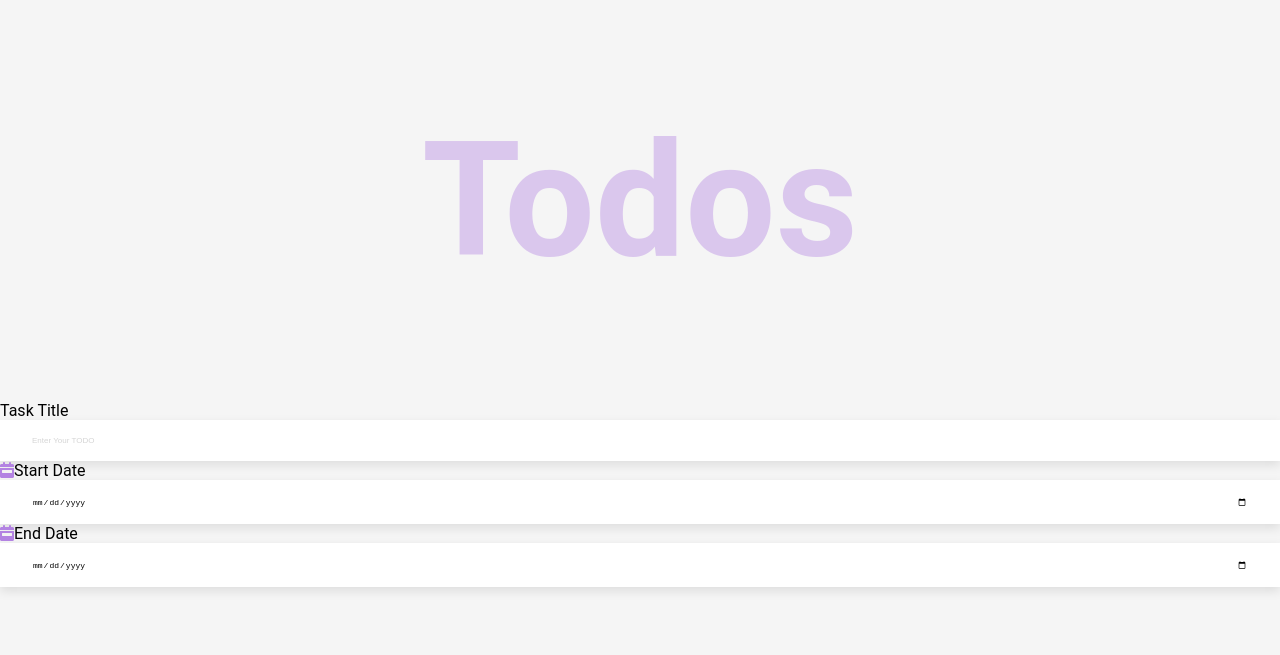
Repository: Surahailat/TypeScript
Page: Mini project 10-3/Project-TS.html
These files come from the project's save history. The page is drawn as it stood at one moment and after a run of saves; the edit follows.
The browser window is 1280 px wide. The pictures show the whole page.

Above is the page before, as saved 2025-03-10 12:48:34.

After the next 2 saves:
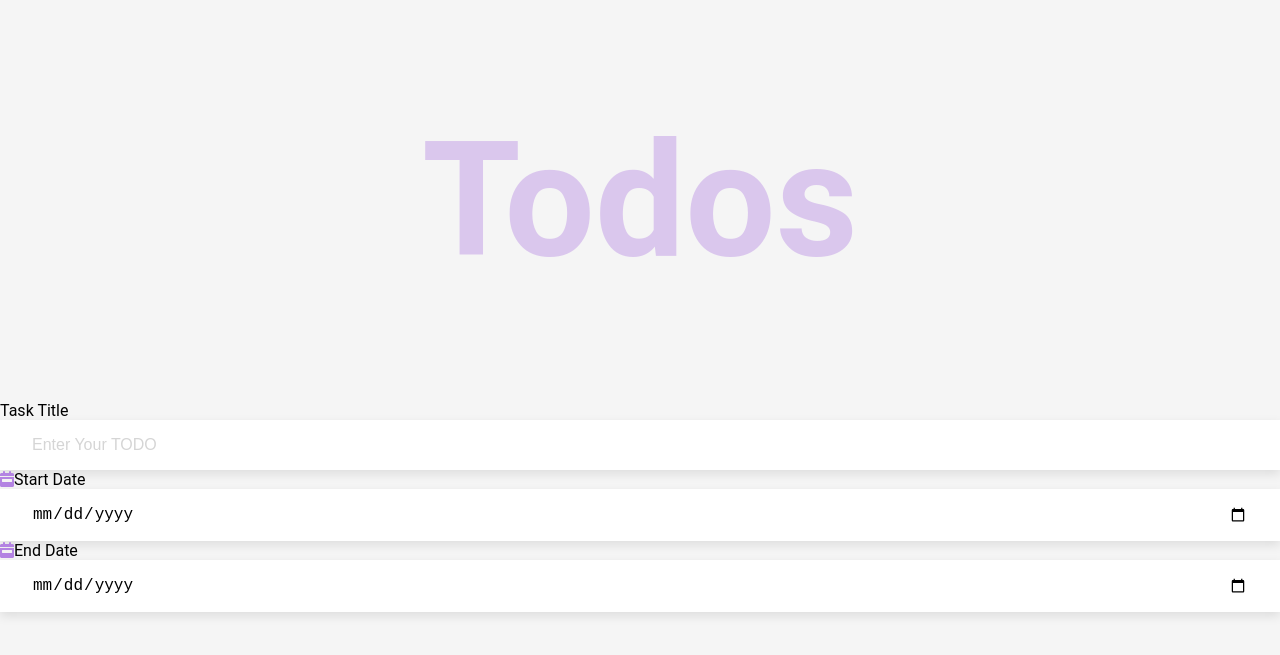
The 2 saves are shown as one change because they came seconds apart.
The last was saved 6 s later.
--- a/Mini project 10-3/Project-TS.html
+++ b/Mini project 10-3/Project-TS.html
@@ -34,7 +34,7 @@
     width: 100%;
     display: block;
     padding: 1rem 2rem;
-    font-size: .5rem;
+    font-size: 1rem;
 }.input::placeholder{
     color: #d5d5d5;
 
